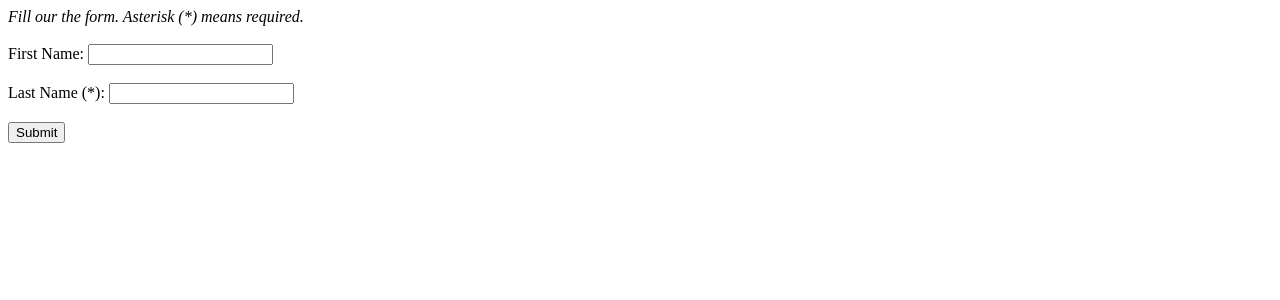
Repository: kaustubh0201/Springboot
Page: http://localhost/spring-demo-mvc/customer/showForm
The author's editor kept a copy of each file at every save. The page is drawn from the files as they stood at one save, then again after the next save.
The browser window is 1280 px wide. The pictures show the whole page.
The page is served by Tomcat 9.

Above is the page before, as saved 2022-10-05 17:28:38.

After the next save:
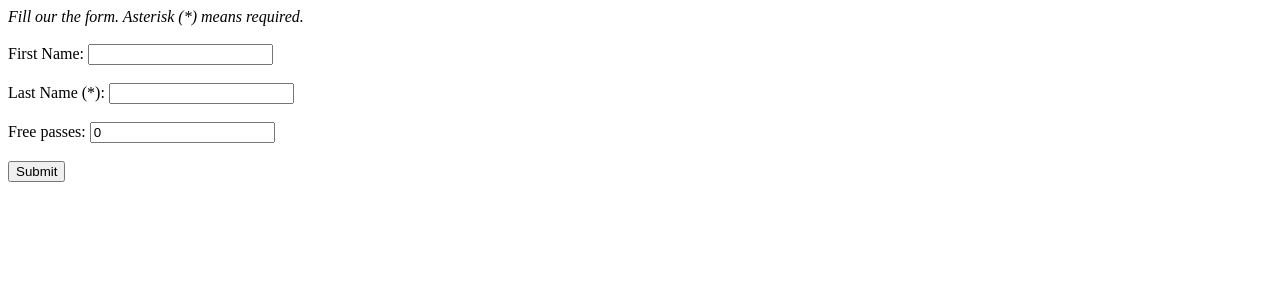
Saved 31 s later.
--- a/spring-demo-mvc/WebContent/WEB-INF/view/customer-form.jsp
+++ b/spring-demo-mvc/WebContent/WEB-INF/view/customer-form.jsp
@@ -31,6 +31,10 @@
 
 			<br><br>
 
+			Free passes: <form:input path = "freePasses" />
+
+			<br><br>
+
 			<input type = "submit" value = "Submit" />
 
 		</form:form>
